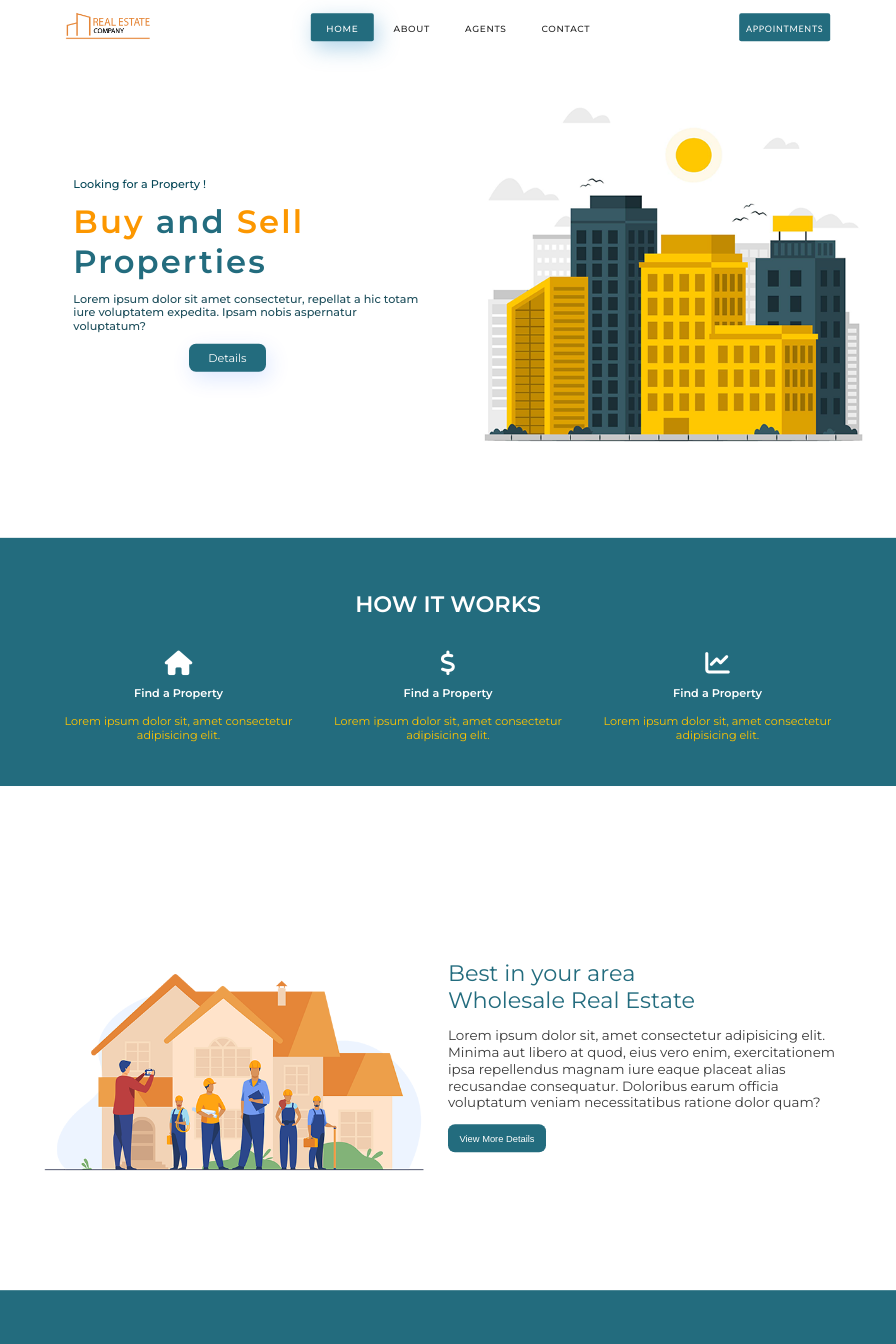
Repository: gabe126679/Mikes-site
Page: /
The author's editor kept a copy of each file at every save. The page is drawn from the files as they stood at one save, then again after the next save.
The browser window is 1280 px wide. The pictures show the part of the page from y = 0 to 1920 px (the page is 3754 px tall), at 70% of full size.
Some web libraries are served in a nearby version. The project was rebuilt for these pictures with package versions that can differ from the ones it lists, and the page was loaded fresh each time.

Above is the page before, as saved 2022-04-18 19:40:09.

After the next save:
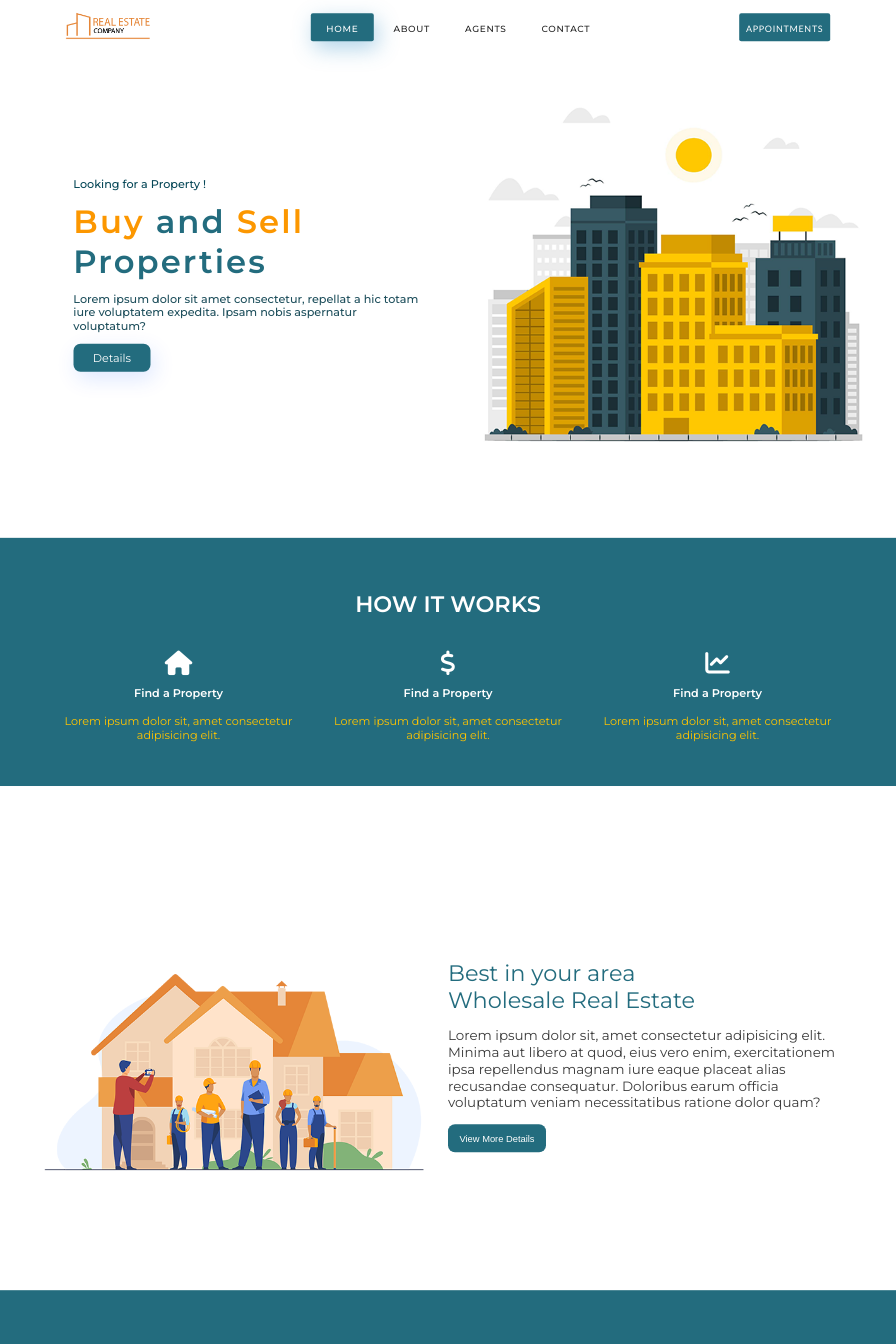
Saved 35 s later.
--- a/src/index.css
+++ b/src/index.css
@@ -533,9 +533,7 @@ nav .menu-btn,
   .scroll{
     left: 42.5%;
   }
-  .header-btn{
-    margin-left: 33%;
-  }
+
     @media (max-width: 500px) {
         .how-it-works .flex {
             display: block;
